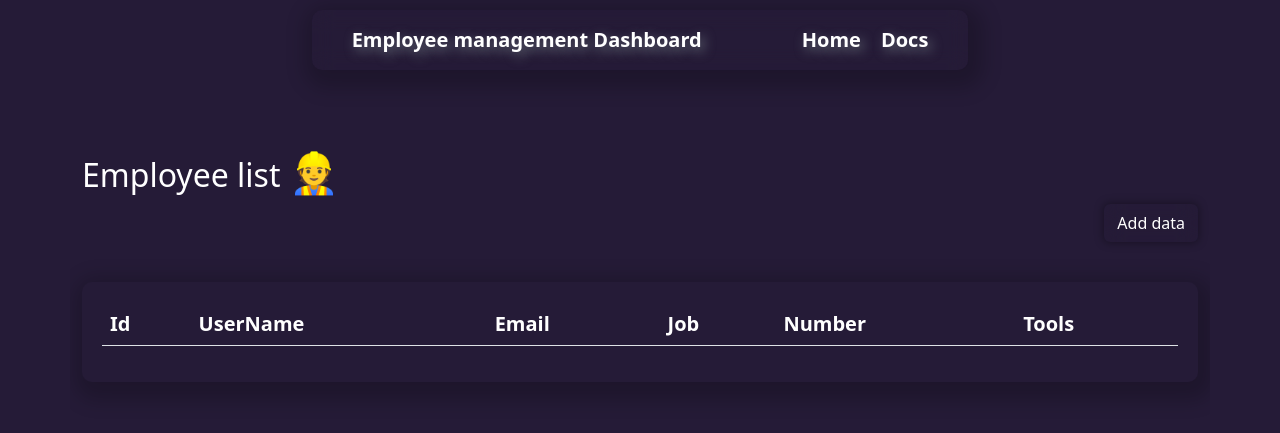
Repository: iamevs/Employee-Management-System
Page: /home (app in client/)
The author's editor kept a copy of each file at every save. The page is drawn from the files as they stood at one save, then again after the next save.
The browser window is 1280 px wide. The pictures show the whole page.
The page's requests for data from a server got no answer. The project was rebuilt for these pictures with package versions that can differ from the ones it lists, and the page was loaded fresh each time. No one was signed in, and anything a server would have sent is missing. Also part of the build but not shown: client/vite.config.js, client/src/components/Register.jsx, client/src/components/Edit.jsx, client/src/components/Hero.jsx. Imported but missing from the stored project, and not drawn on this page: client/src/components/Details.

Above is the page before, as saved 2022-11-29 00:23:22.

### client/index.html
<html lang="en">
  <head>
    <meta charset="UTF-8" />
    <link rel="icon" type="image/svg+xml" href="/vite.svg" />
    <meta name="viewport" content="width=device-width, initial-scale=1.0" />
    <title>employee-management</title>
  </head>
  <body>
    <div id="root"></div>
    <script type="module" src="/src/main.jsx"></script>
  </body>
</html>

### client/src/main.jsx
import React, { StrictMode } from 'react';
import ReactDOM from 'react-dom';
import { createRoot } from "react-dom/client";
import './index.css';
import App from './App';
import { BrowserRouter } from "react-router-dom"
import ContextProvider from "./components/context/ContextProvider";
// root.render(
//   <StrictMode>
//   <ContextProvider>
//     <BrowserRouter>
//       <App />
//     </BrowserRouter>
//   </ContextProvider>
//   </StrictMode>
//   ,
//   document.getElementById('root')
// );


createRoot(document.getElementById('root')).render(
  <ContextProvider>
    <BrowserRouter>
      <App />
    </BrowserRouter>
  </ContextProvider>
)

### client/src/index.css
body {
  margin: 0;
  font-family: -apple-system, BlinkMacSystemFont, 'Segoe UI', 'Roboto', 'Oxygen',
    'Ubuntu', 'Cantarell', 'Fira Sans', 'Droid Sans', 'Helvetica Neue',
    sans-serif;
  -webkit-font-smoothing: antialiased;
  -moz-osx-font-smoothing: grayscale;
  background-color: #251B37 !important;
  color: #fff !important;
}

code {
  font-family: source-code-pro, Menlo, Monaco, Consolas, 'Courier New',
    monospace;
}

.btns{
  display: flex;
  justify-content: space-between;
}

.btns > .tool, .tool{
  /* border: 1px solid #fff; */
  backdrop-filter: blur(10px);
  box-shadow: 0px 0px 9px 1px rgb(0 0 0 / 35%);
}

### client/src/App.jsx
import './App.css';
import "../node_modules/bootstrap/dist/css/bootstrap.min.css"
import "../node_modules/bootstrap/dist/js/bootstrap.bundle.min.js"
import Navbar from './components/Navbar';
import Home from './components/Home';
import Register from './components/Register';
import Edit from './components/Edit';
import Details from './components/Details';
import Hero from "./components/Hero.jsx";
import {Routes,Route} from "react-router-dom"




function App() {
  return (
   <>
    <Navbar />
    <Routes>
      <Route path="/" element={<Hero/>} />
      <Route  path="/home" element={<Home/>} />
      <Route exact path="/register" element={<Register/>} />
      <Route exact path="/edit/:id" element={<Edit/>} />
      <Route exact path="/view/:id" element={<Details/>} />
    </Routes>

   </>
  );
}

export default App;

### client/src/components/context/ContextProvider.jsx
import React, { createContext, useState } from 'react'


export const adddata = createContext("");
export const updatedata = createContext("");
export const deldata = createContext("");

const ContextProvider = ({ children }) => {

    const [udata, setUdata] = useState("");
    const [updata, setUPdata] = useState("");
    const [dltdata, setDLTdata] = useState("");


    return (
        <adddata.Provider value={{ udata, setUdata }}>
            <updatedata.Provider value={{ updata, setUPdata }}>
                <deldata.Provider value={{dltdata, setDLTdata}}>
                    {children}
                </deldata.Provider>

            </updatedata.Provider>

        </adddata.Provider>
    )
}

export default ContextProvider;

### client/src/App.css
.add_btn{
  text-align: right;
}

.container{
  overflow: auto;
}

.left_view h3{
  font-size: 21px;
}

.left_view p{
  font-weight: 600;
}

.left_view span{
  font-weight: 400;
}

.right_view p{
  font-weight: 600;
}


.right_view span{
  font-weight: 400;
}

### client/src/components/Navbar.jsx
import React from 'react'
import { NavLink } from 'react-router-dom'
import { Box, Stack } from "@mui/material";


const Navbar = () => {
    return (
        <Stack justifyContent={"center"} direction={"row"} marginTop={"10px"}>
            <Box justifyContent={"space-between"} className="navbar navbar-expand-lg text-white" sx={{
                backgroundColor: "transparent",
                backdropFilter: "blur(10px) !important",
                position: "relative",
                color: "white",
                boxShadow: "4px 7px 20px 11px rgb(0 0 0 / 20%)",
                height: "60px",
                padding: "0 40px 0 40px",
                width: "auto",
                borderRadius: "10px"
            }}>
                <Box sx={{
                    fontSize: "20px",
                    textShadow: "3px 4px 12px #6c757d",
                    fontWeight: "bold",
                    marginRight: "100px"
                }}>Employee management Dashboard</Box>
                <Box direction={"row"}>
                    <a href="/home" style={{
                        color: "white",
                        fontSize: "20px",
                        textShadow: "3px 4px 12px #6c757d",
                        fontWeight: "bold",
                        textDecoration: "none",
                    }}>Home</a>
                    <a href="/" style={{
                        color: "white",
                        fontSize: "20px",
                        textShadow: "3px 4px 12px #6c757d",
                        fontWeight: "bold",
                        textDecoration: "none",
                        marginLeft: "20px"
                    }}>Docs</a>

                </Box>
            </Box>
        </Stack>
    )
}

export default Navbar

### client/src/components/Home.jsx
import React, { useState, useEffect, useContext } from 'react'
import ReadMoreRoundedIcon from '@mui/icons-material/ReadMoreRounded';
import NoteAltOutlinedIcon from '@mui/icons-material/NoteAltOutlined';
import DeleteOutlineIcon from '@mui/icons-material/DeleteOutline';
import { NavLink } from 'react-router-dom';
import { adddata, deldata } from './context/ContextProvider';
import { updatedata } from './context/ContextProvider'
import ReactTooltip from 'react-tooltip';

var getuserlink = "http://localhost:8001/getusers";


const Home = () => {

    const [getuserdata, setUserdata] = useState([]);

    console.log(getuserdata);

    const { udata, setUdata } = useContext(adddata);

    const { updata, setUPdata } = useContext(updatedata);

    const { dltdata, setDLTdata } = useContext(deldata);

    const getdata = async () => {

        const res = await fetch(getuserlink, {
            method: "GET",
            headers: {
                "Content-Type": "application/json"
            }
        });

        const data = await res.json();
        console.log(data);

        if (res.status === 422 || !data) {
            console.log("error ");

        } else {
            setUserdata(data)
            console.log("get data");

        }
    }

    useEffect(() => {
        getdata();
    }, [])

    const deleteuser = async (id) => {

        const res2 = await fetch(`/deleteuser/${id}`, {
            method: "DELETE",
            headers: {
                "Content-Type": "application/json"
            }
        });

        const deletedata = await res2.json();
        console.log(deletedata);

        if (res2.status === 422 || !deletedata) {
            console.log("error");
        } else {
            console.log("user deleted");
            setDLTdata(deletedata)
            getdata();
        }

    }


    return (

        <>
            {
                udata ?
                    <>
                        <div className="alert alert-success alert-dismissible fade show" role="alert">
                            <strong>{udata.name}</strong>  added succesfully!
                            <button type="button" className="btn-close" data-bs-dismiss="alert" aria-label="Close"></button>
                        </div>
                    </> : ""
            }
            {
                updata ?
                    <>
                        <div className="alert alert-success alert-dismissible fade show" role="alert">
                            <strong>{updata.name}</strong>  updated succesfully!
                            <button type="button" className="btn-close" data-bs-dismiss="alert" aria-label="Close"></button>
                        </div>
                    </> : ""
            }

            {
                dltdata ?
                    <>
                        <div className="alert alert-danger alert-dismissible fade show" role="alert">
                            <strong>{dltdata.name}</strong>  deleted succesfully!
                            <button type="button" className="btn-close" data-bs-dismiss="alert" aria-label="Close"></button>
                        </div>
                    </> : ""
            }


            <div className="mt-5">
                <div className="container">

                    <h2 style={{ marginTop: "30px" }}>Employee list <span style={{ fontSize: "40px" }}>👷</span> </h2>
                    <div className="add_btn mt-2 mb-2">
                        <NavLink to="/register" className="btn text-white tool">Add data</NavLink>
                    </div>

                    <div className='table-responsive' style={{
                        backgroundColor: "transparent",
                        backdropFilter: "blur(10px) !important",
                        // position: "relative",
                        color: "white",
                        boxShadow: "4px 7px 20px 11px rgb(0 0 0 / 20%)",
                        borderRadius: "10px",
                        padding: "20px",
                        height: "auto",
                        margin: "40px 0 40px 0"
                    }}>
                        <table class="table">
                            <thead>
                                <tr className="table text-white col-6" style={{
                                    fontSize: "20px",
                                }}>
                                    <th scope="col">Id</th>
                                    <th scope="col">UserName</th>
                                    <th scope="col">Email</th>
                                    <th scope="col">Job</th>
                                    <th scope="col">Number</th>
                                    <th scope="col">Tools</th>
                                </tr>
                            </thead>
                            <tbody>

                                {
                                    getuserdata.map((val, ind) => {
                                        return (
                                            <tr className='text-white'>
                                                <th scope="row">{ind + 1}</th>
                                                <td>{val.name}</td>
                                                <td>{val.email}</td>
                                                <td>{val.work}</td>
                                                <td>{val.mobile}</td>
                                                <td className='btns'>
                                                    <NavLink to={`/view/${val._id}`} className="btn text-white tool" data-tip="More Details"><ReadMoreRoundedIcon /></NavLink>
                                                    <NavLink to={`/update/${val._id}`} className="btn text-white tool" data-tip="Edit Details"><NoteAltOutlinedIcon /></NavLink>
                                                    <button onClick={() => deleteuser(val._id)} className="btn text-white tool" data-tip="Fire Employee"><DeleteOutlineIcon /></button>
                                                    <ReactTooltip />
                                                </td>
                                            </tr>
                                        )
                                    })
                                }
                            </tbody>
                        </table>
                    </div>
                </div>
            </div>
        </>
    )
}

export default Home

After the next save:
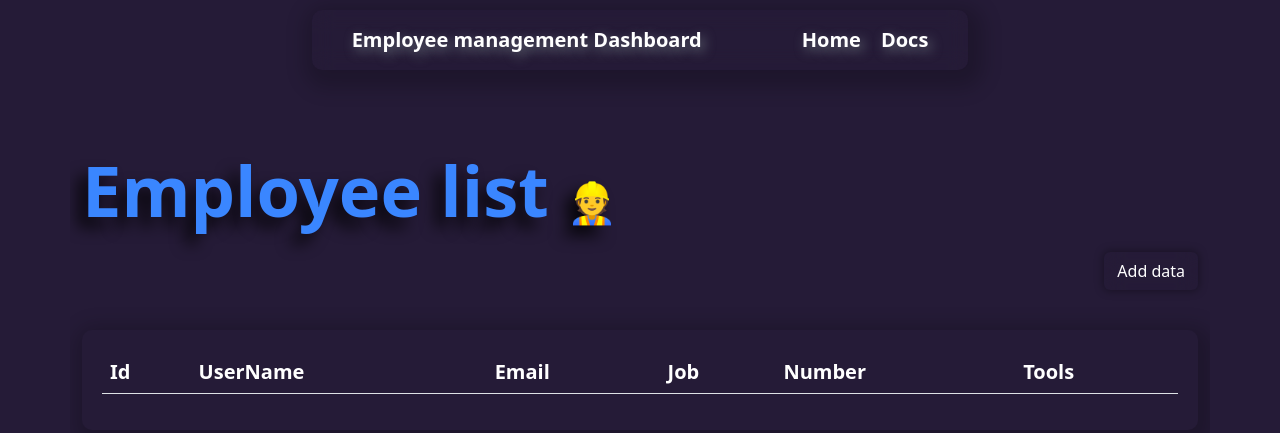
Saved 3 min 32 s later.
--- a/client/src/components/Home.jsx
+++ b/client/src/components/Home.jsx
@@ -107,7 +107,13 @@ const Home = () => {
             <div className="mt-5">
                 <div className="container">
 
-                    <h2 style={{ marginTop: "30px" }}>Employee list <span style={{ fontSize: "40px" }}>👷</span> </h2>
+                    <h2 style={{
+                        marginTop: "30px", fontSize: "4.4rem",
+                        color: "#3a86ff",
+                        fontWeight: "600",
+                        marginBottom: "20px",
+                        textShadow: "-10px 10px 15px rgba(0, 0, 0, 0.8)"
+                    }}>Employee list <span style={{ fontSize: "40px" }}>👷</span> </h2>
                     <div className="add_btn mt-2 mb-2">
                         <NavLink to="/register" className="btn text-white tool">Add data</NavLink>
                     </div>
